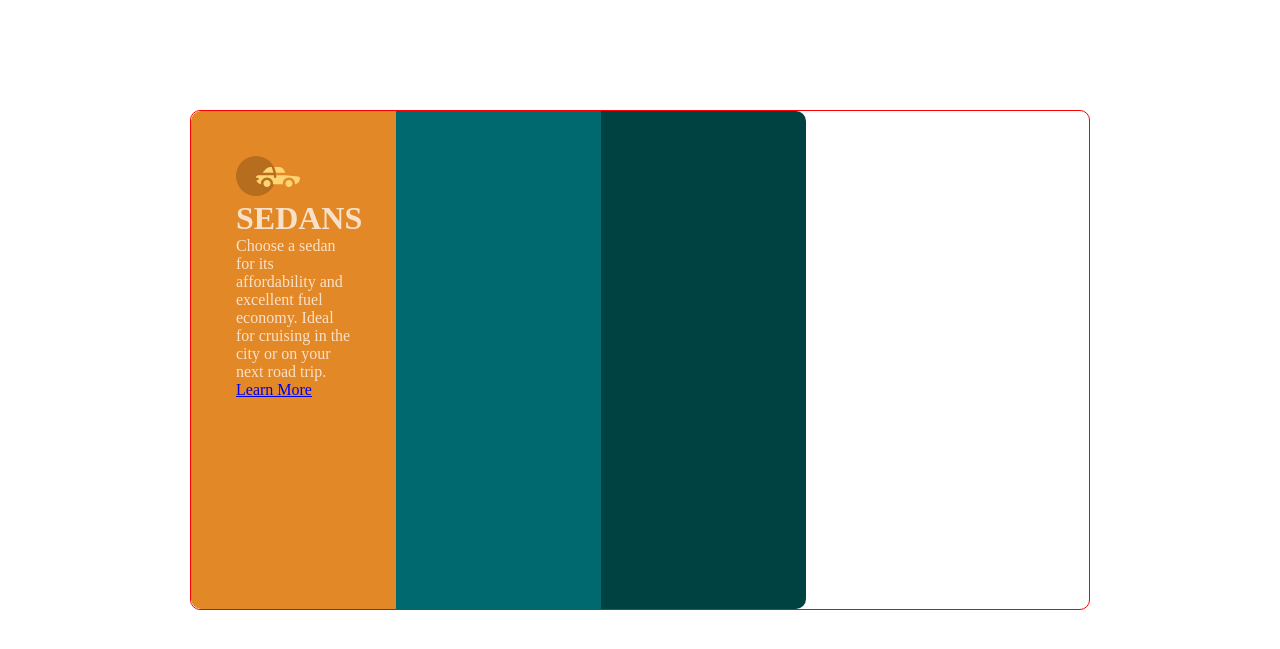
Repository: KamoliddinGIT/column-preview-card
Page: index.html
The author's editor kept a copy of each file at every save. The page is drawn from the files as they stood at one save, then again after the next save.
The browser window is 1280 px wide. The pictures show the whole page.

Above is the page before, as saved 2023-09-15 16:30:19.

### index.html
<!DOCTYPE html>
<html lang="en">
  <head>
    <meta charset="UTF-8" />
    <meta name="viewport" content="width=device-width, initial-scale=1.0" />
    <link
      rel="icon"
      type="image/png"
      sizes="32x32"
      href="./images/favicon-32x32.png"
    />
    <link rel="stylesheet" href="./css/style.css" />
    <title>3-column preview card component</title>
  </head>
  <body>
    <div class="container">
      <div class="card__1">
        <img src="./images/icon-sedans.svg" alt="sedans" />
        <h1>SEDANS</h1>
        <p>
          Choose a sedan for its affordability and excellent fuel economy. Ideal
          for cruising in the city or on your next road trip.
        </p>
        <a href="#">Learn More</a>
      </div>
      <div class="card__2"></div>
      <div class="card__3"></div>
    </div>
  </body>
</html>

### css/style.css
* {
  margin: 0;
  padding: 0;
  box-sizing: border-box;
}

body {
  display: flex;
  justify-content: center;
  align-items: center;
  width: 100%;
  height: 100vh;
}

.container {
  display: flex;
  flex-direction: row;
  border-radius: 10px;
  width: 900px;
  height: 500px;
  color: hsla(0, 0%, 100%, 0.75);
  border: 1px solid red;
}

.card__1 {
  width: 205px;
  height: 100%;
  background-color: hsl(31, 77%, 52%);
  border-top-left-radius: 10px;
  border-bottom-left-radius: 10px;
  padding: 45px;
}

.card__2 {
  width: 205px;
  height: 100%;
  background-color: hsl(184, 100%, 22%);
  padding: 45px;
}

.card__3 {
  width: 205px;
  height: 100%;
  background-color: hsl(179, 100%, 13%);
  border-top-right-radius: 10px;
  border-bottom-right-radius: 10px;
  padding: 45px;
}

After the next save:
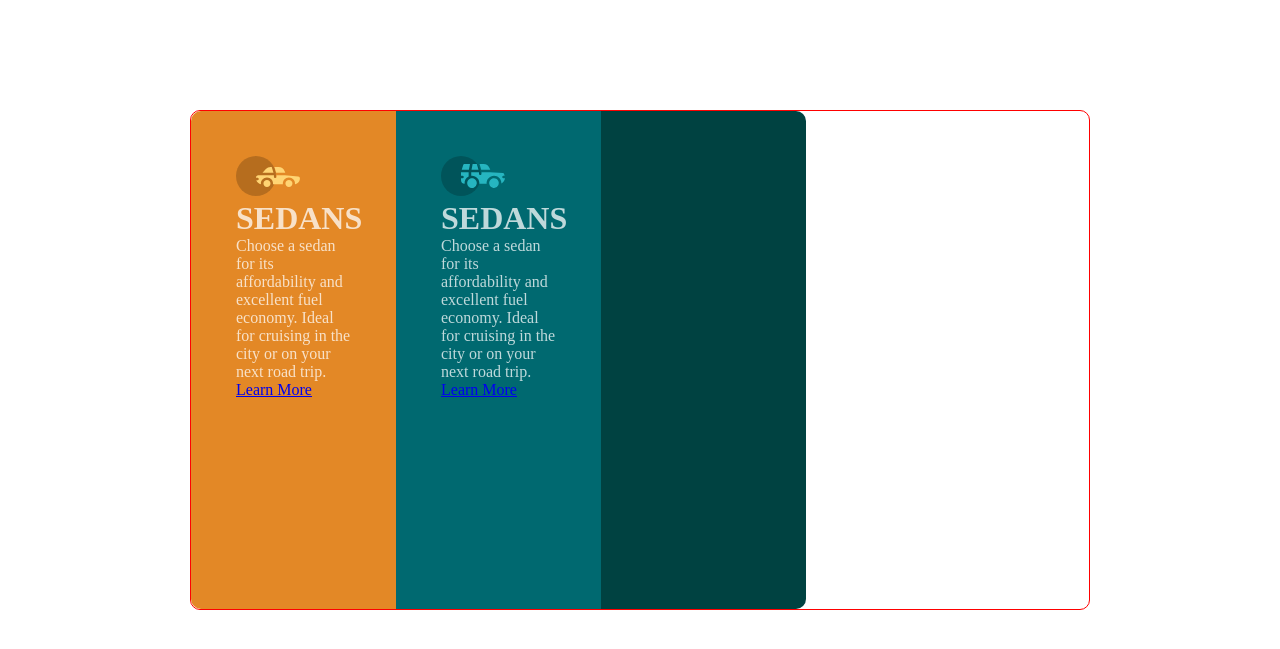
Saved 17 s later.
--- a/index.html
+++ b/index.html
@@ -23,7 +23,15 @@
         </p>
         <a href="#">Learn More</a>
       </div>
-      <div class="card__2"></div>
+      <div class="card__2">
+        <img src="./images/icon-suvs.svg" alt="sedans" />
+        <h1>SEDANS</h1>
+        <p>
+          Choose a sedan for its affordability and excellent fuel economy. Ideal
+          for cruising in the city or on your next road trip.
+        </p>
+        <a href="#">Learn More</a>
+      </div>
       <div class="card__3"></div>
     </div>
   </body>
